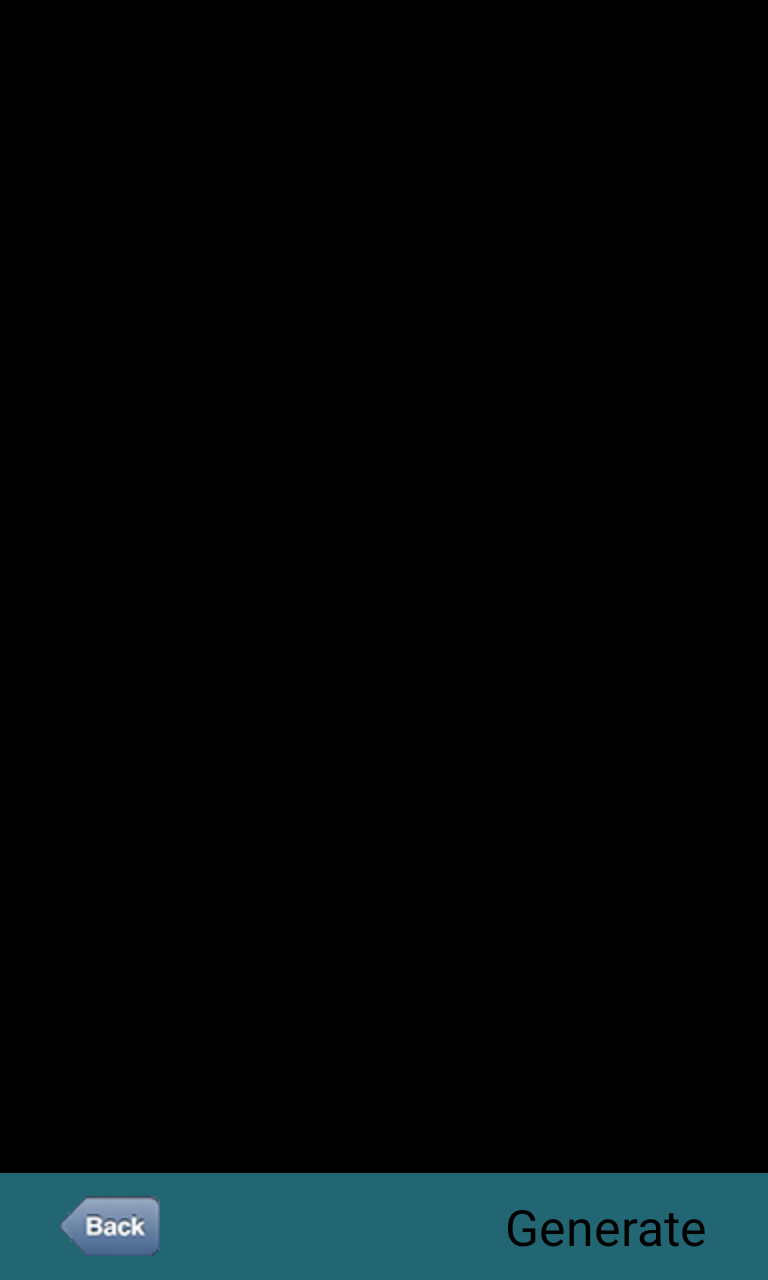
Repository: GitDidNotExitCleanly/FaceLabel
Layout: FaceLabel/res/layout/activity_image_processing.xml
An editor plug-in stored every save of this project. The layout is shown before and after the next save, followed by the edit.
It is drawn on a 768 x 1280 px phone screen (xhdpi) without system bars, with theme android:Theme.NoTitleBar.Fullscreen; the app's code is not run.

Above is the layout before, as saved 2015-05-13 02:26:23.

### FaceLabel/res/layout/activity_image_processing.xml
<RelativeLayout xmlns:android="http://schemas.android.com/apk/res/android"
    xmlns:tools="http://schemas.android.com/tools"
    android:layout_width="match_parent"
    android:layout_height="match_parent"
    android:orientation="vertical"
    android:paddingBottom="@dimen/activity_vertical_margin"
    android:paddingLeft="@dimen/activity_horizontal_margin"
    android:paddingRight="@dimen/activity_horizontal_margin"
    android:paddingTop="@dimen/activity_vertical_margin"
    tools:context="com.facelabel.processing.ImageProcessingActivity" >

    <ImageView
        android:id="@+id/activity_image_processing_image"
        android:layout_width="match_parent"
        android:layout_height="match_parent"
        android:scaleType="fitXY"
        android:layout_centerInParent="true" />

    <RelativeLayout
        android:layout_width="match_parent"
        android:layout_height="wrap_content"
        android:layout_alignParentBottom="true"
        android:layout_centerHorizontal="true"
        android:paddingTop="10dp"
        android:paddingBottom="10dp"
        android:background="#9639ADC2" >

        <ImageView
            android:id="@+id/activity_image_processing_button_back"
            android:layout_width="wrap_content"
            android:layout_height="wrap_content"
            android:layout_alignParentLeft="true"
            android:layout_centerVertical="true"
            android:layout_marginLeft="30dp"
            android:src="@drawable/back_button_effect" />

       	<TextView
            android:id="@+id/activity_image_processing_use"
            android:layout_width="wrap_content"
            android:layout_height="wrap_content"
            android:layout_gravity="center"
	        android:layout_alignParentRight="true"
            android:layout_centerVertical="true"
            android:layout_marginRight="30dp"
            android:text="Generate"
            android:textColor="#000000"
            android:textSize="25sp" />

    </RelativeLayout>

</RelativeLayout>

### FaceLabel/res/drawable-mdpi/back_button_effect.xml
<?xml version="1.0" encoding="utf-8"?>
<selector xmlns:android="http://schemas.android.com/apk/res/android" >
    <item android:state_pressed="false" android:drawable="@drawable/button_back" />
    <item android:state_pressed="true" android:drawable="@drawable/button_back_pressed" />
    <item android:drawable="@drawable/button_back" />
</selector>

Loaded but not shown: FaceLabel/res/values/dimens.xml (common file); FaceLabel/res/values-w820dp/dimens.xml (common file)

After the next save:
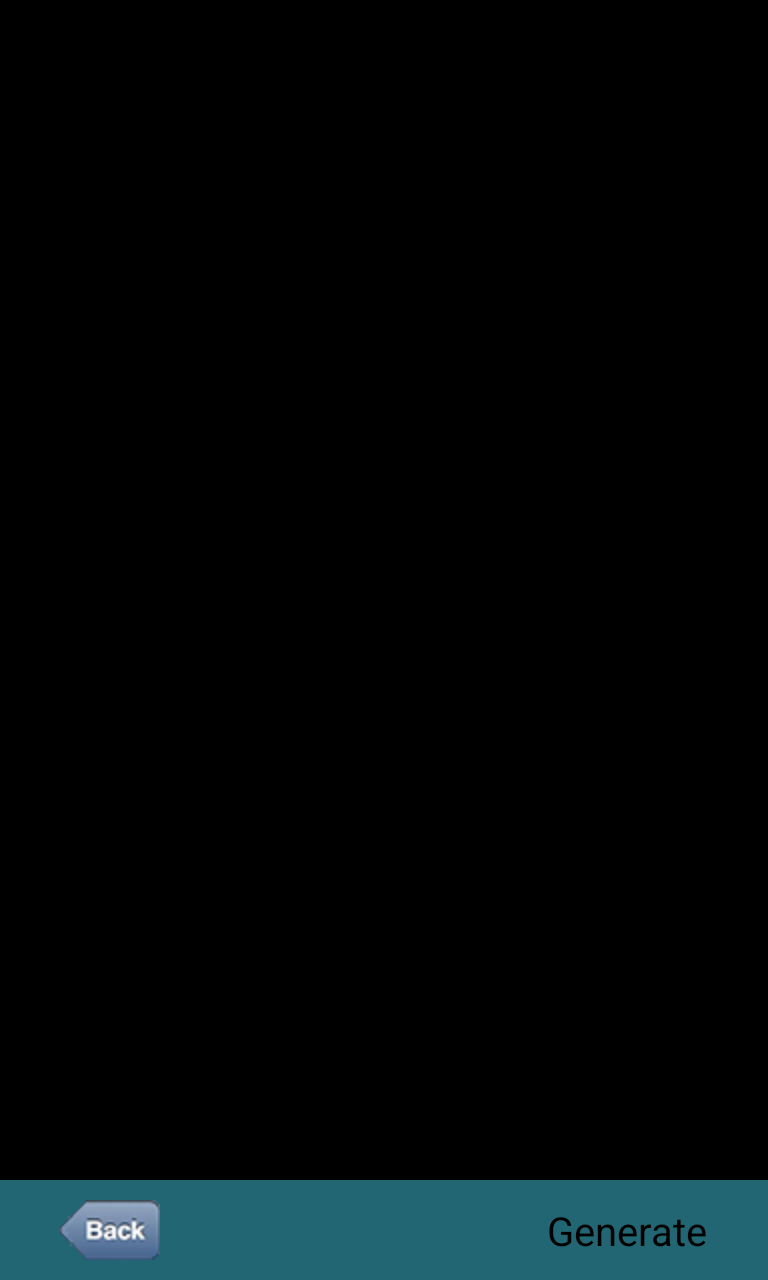
Saved 119 s later.
--- a/FaceLabel/res/layout/activity_image_processing.xml
+++ b/FaceLabel/res/layout/activity_image_processing.xml
@@ -44,7 +44,7 @@
             android:layout_marginRight="30dp"
             android:text="Generate"
             android:textColor="#000000"
-            android:textSize="25sp" />
+            android:textSize="20sp" />
 
     </RelativeLayout>
 
